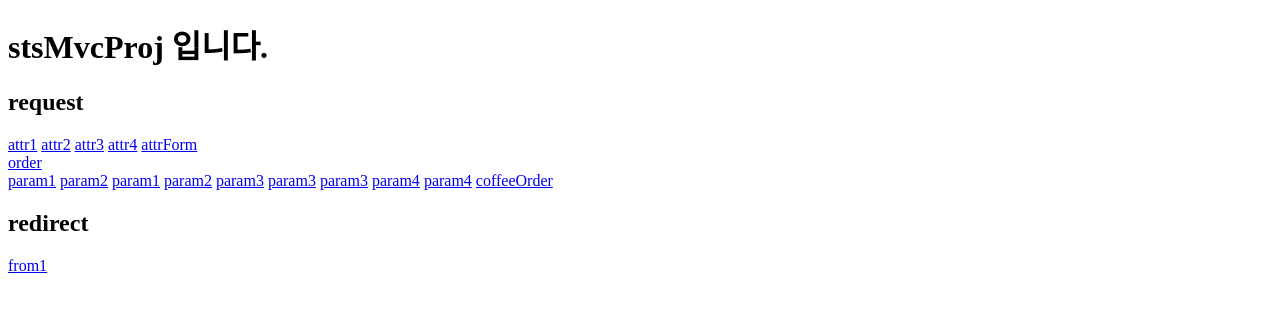
Repository: Yousehyeon/spring_work
Page: stsMvcProj/src/main/webapp/views/home.html
An editor plug-in stored every save of this project. The page is shown before and after a run of saves, followed by the edit.
The browser window is 1280 px wide. The pictures show the whole page.

Above is the page before, as saved 2023-08-21 03:38:55.

### stsMvcProj/src/main/webapp/views/home.html
<!DOCTYPE html>
<html>
<head>
<meta charset="UTF-8">
<title>stsMvcProj</title>
</head>
<body>
<h1>stsMvcProj 입니다.</h1>
<h2>request</h2>
<a href="request/attr1">attr1</a>
<a href="request/attr2">attr2</a>
<a href="request/attr3">attr3</a>
<a href="request/attr4?age=33&nick=zxcv&jum=56&jum=59&jum=52&gender=mm&mil=true">attr4</a>
<a href="request/attrForm">attrForm</a>
<br/>
<a href="request/order">order</a>
<br/>
<a href="request/param1?id=aaa&age=45&marriage=true">param1</a>
<a href="request/param2?id=bbb&age=34&marriage=true">param2</a>
<a href="request/param1?id=ccc">param1</a>
<a href="request/param2?id=ddd">param2</a>
<a href="request/param3?id=eee&age=27&marriage=true">param3</a>
<a href="request/param3?id=fff&aaa=23&mrg=true">param3</a>
<a href="request/param3?id=ggg">param3</a>
<a href="request/param4?id=hhh&aaa=28&mrg=true">param4</a>
<a href="request/param4?id=iii">param4</a>
<a href="request/coffee">coffeeOrder</a>
<h2>redirect</h2>
<a href="red/from1?id=aaa&age=44&marriage=true">from1</a>
</body>
</html>

After the next 2 saves:
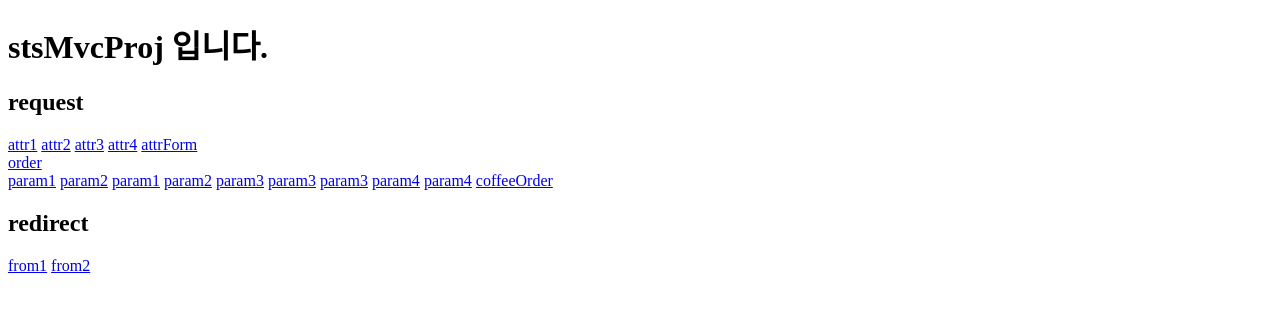
The 2 saves are shown as one change because they came seconds apart.
The last was saved 6 min 3 s later.
--- a/stsMvcProj/src/main/webapp/views/home.html
+++ b/stsMvcProj/src/main/webapp/views/home.html
@@ -27,5 +27,6 @@
 <a href="request/coffee">coffeeOrder</a>
 <h2>redirect</h2>
 <a href="red/from1?id=aaa&age=44&marriage=true">from1</a>
+<a href="red/from2?id=aaa&age=44&marriage=true">from2</a>
 </body>
 </html>

After the save that followed:
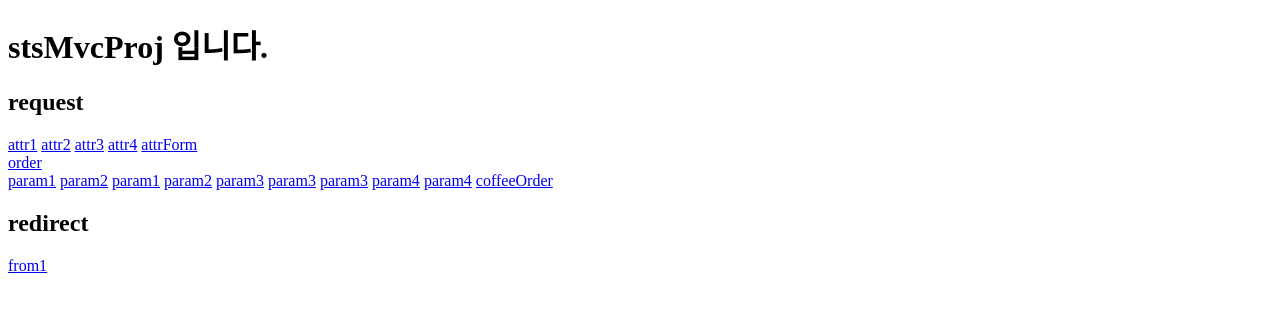
Saved 9 s later.
--- a/stsMvcProj/src/main/webapp/views/home.html
+++ b/stsMvcProj/src/main/webapp/views/home.html
@@ -27,6 +27,5 @@
 <a href="request/coffee">coffeeOrder</a>
 <h2>redirect</h2>
 <a href="red/from1?id=aaa&age=44&marriage=true">from1</a>
-<a href="red/from2?id=aaa&age=44&marriage=true">from2</a>
 </body>
 </html>
